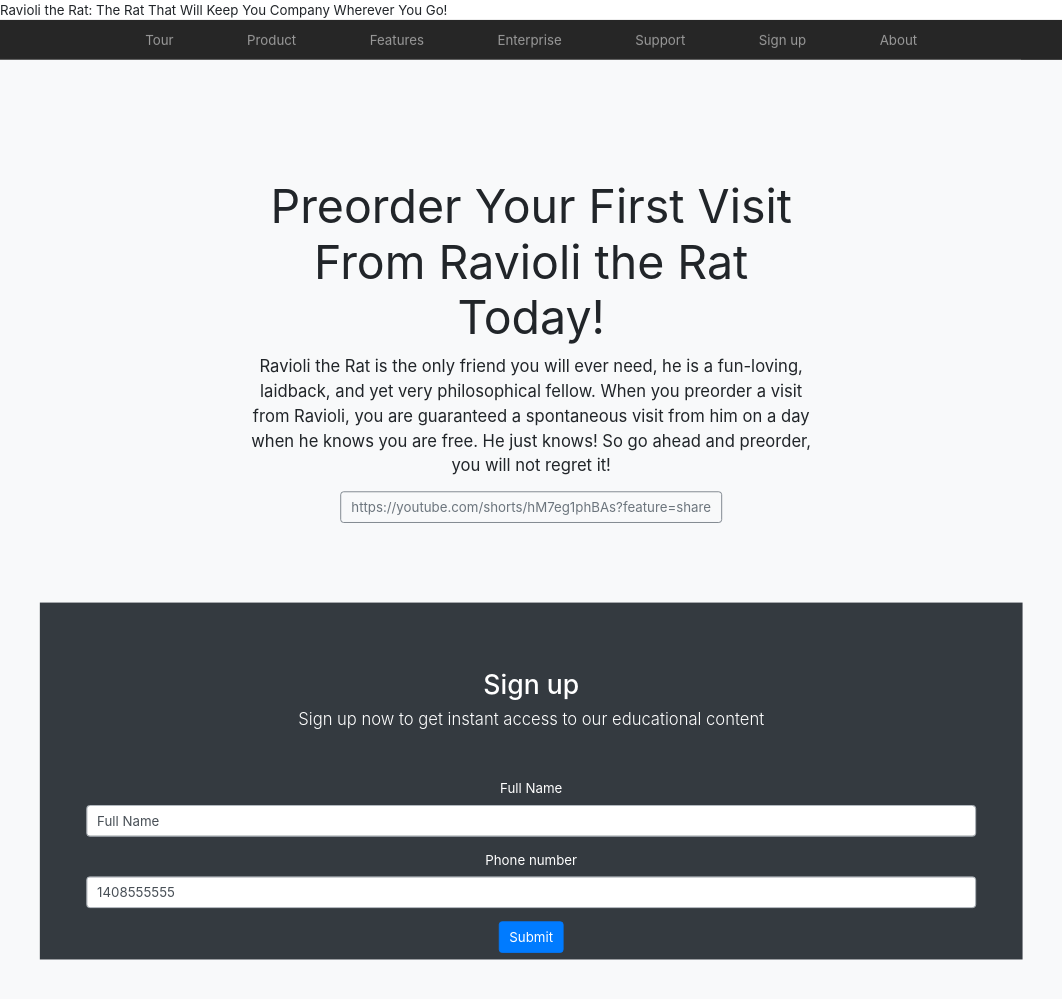
Repository: jesssanchez463/Jess-Sanchez---RESUME
Page: LearnCS8-Twilio/TwilioTemplate/index.html
The author's editor kept a record of every edit. The page is drawn from the files as they stood at one moment, then again after the next edit.
The browser window is 1280 px wide. The pictures show the whole page, at 83% of full size.

Above is the page before.

After the next edit:
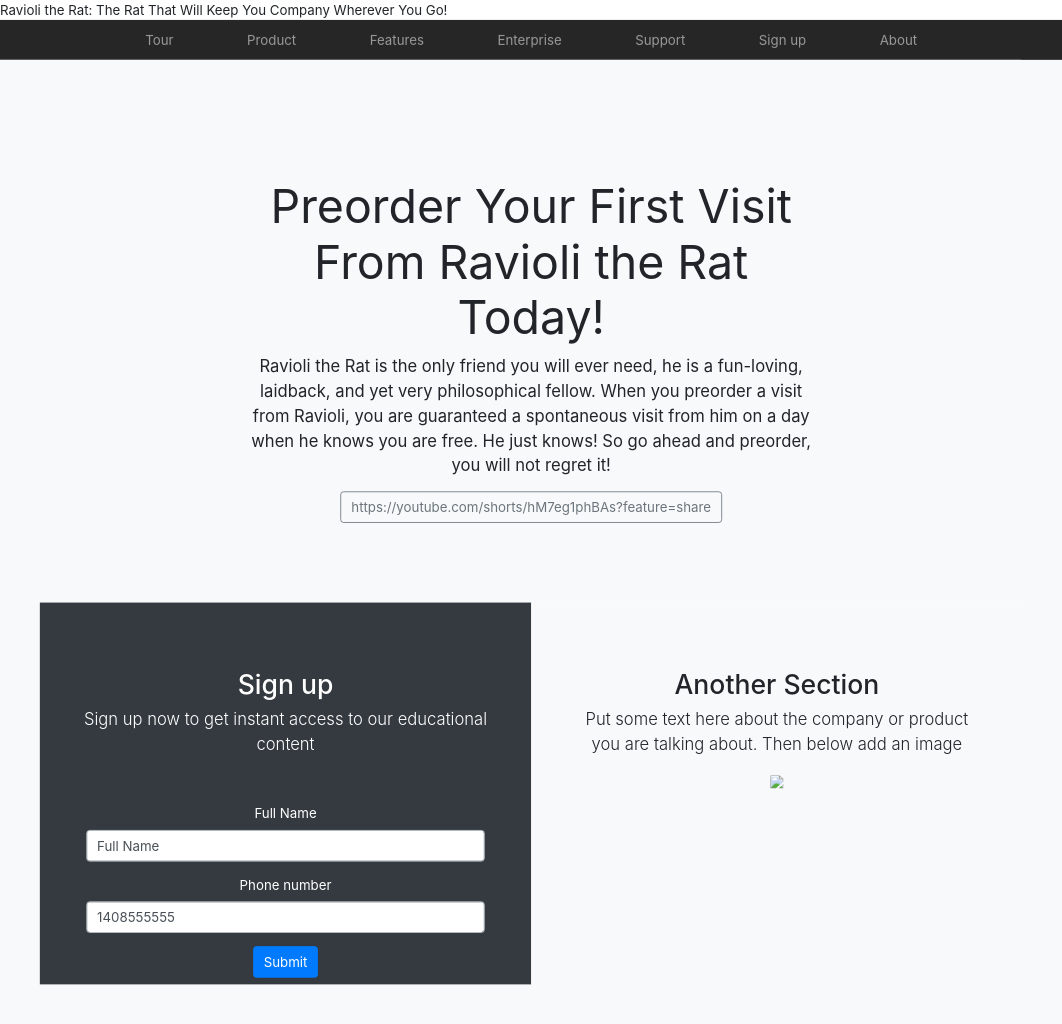
Not found: LearnCS8-Twilio/TwilioTemplate/example_image.png
The edit:
--- a/LearnCS8-Twilio/TwilioTemplate/index.html
+++ b/LearnCS8-Twilio/TwilioTemplate/index.html
@@ -74,6 +74,15 @@
             <button type="submit" class="btn btn-primary">Submit</button>
         </form>
     </div>
+<!-- Right Tile -->
+    <div class="bg-light pt-3 px-3 pt-md-5 px-md-5 text-center overflow-hidden">
+        <div class="my-3 p-3">
+            <h2 class="display-5">Another Section</h2>
+            <p class="lead">Put some text here about the company or product you are talking about. Then below add an image</p>
+            <img class="mx-auto" src="example_image.png" height="250px">
+        </div>
+        <div class="mx-auto" style="width: 80%; height: 100px; border-radius: 21px 21px 0 0;"></div>
+    </div>
 </div>
   </body>
 </html>

After the edit that followed:
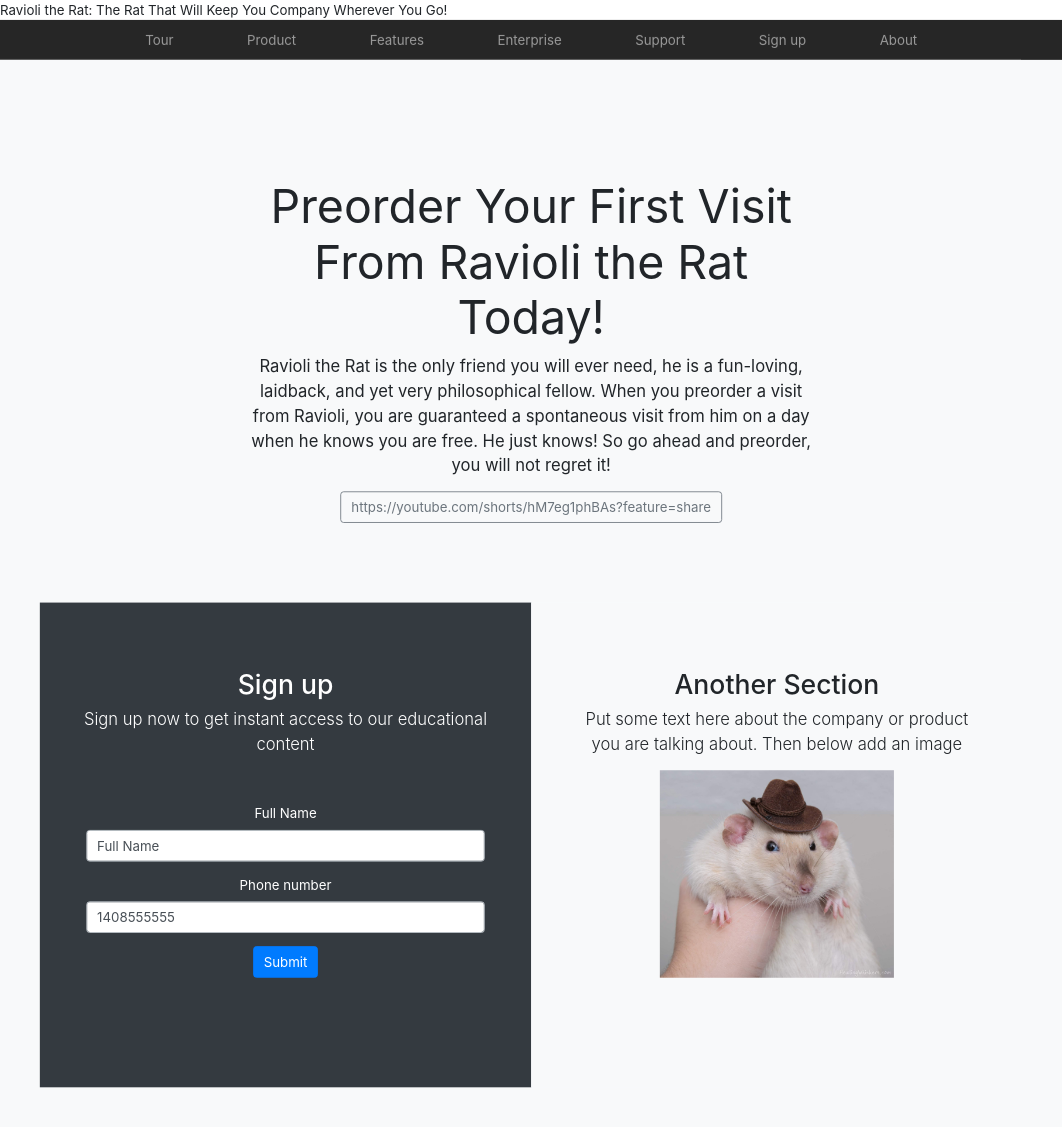
The edit:
--- a/LearnCS8-Twilio/TwilioTemplate/index.html
+++ b/LearnCS8-Twilio/TwilioTemplate/index.html
@@ -79,7 +79,7 @@
         <div class="my-3 p-3">
             <h2 class="display-5">Another Section</h2>
             <p class="lead">Put some text here about the company or product you are talking about. Then below add an image</p>
-            <img class="mx-auto" src="example_image.png" height="250px">
+            <img class="mx-auto" src="example_image.jpg" height="250px">
         </div>
         <div class="mx-auto" style="width: 80%; height: 100px; border-radius: 21px 21px 0 0;"></div>
     </div>
